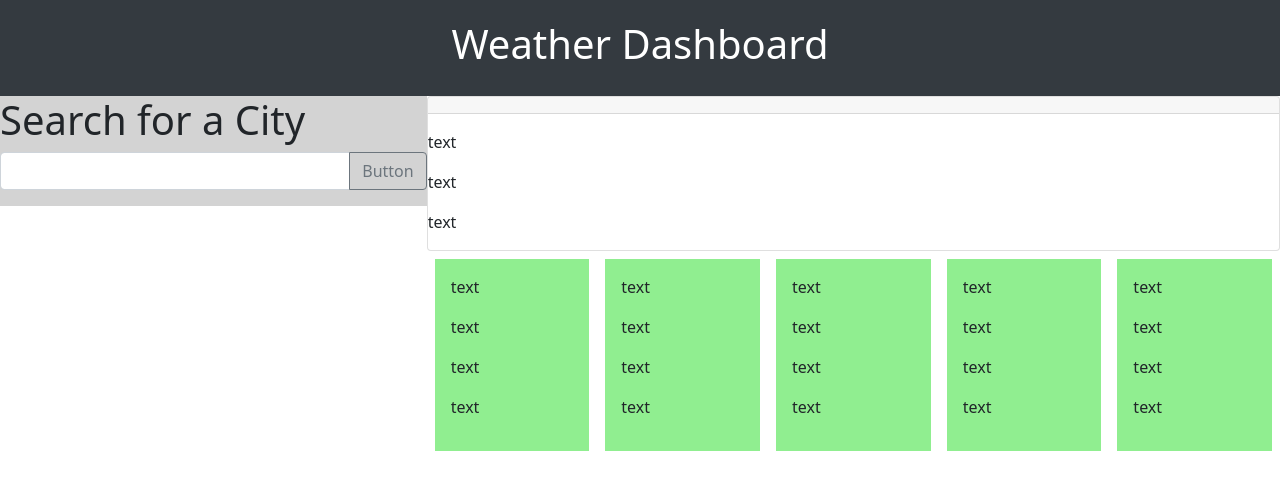
Repository: ziffoit/Weather_Dashboard
Page: index.html
The author's editor kept a copy of each file at every save. The page is drawn from the files as they stood at one save, then again after the next save.
The browser window is 1280 px wide. The pictures show the whole page.

Above is the page before, as saved 2021-03-26 10:52:50.
Console error: SyntaxError: Unexpected identifier 'name'

### index.html
<!DOCTYPE html>
<html lang="en">
  <head>
    <meta charset="UTF-8" />
    <meta name="viewport" content="width=device-width, initial-scale=1.0" />
    <link
      href="https://cdn.jsdelivr.net/npm/bootstrap@5.0.0-beta3/dist/css/bootstrap.min.css"
      rel="stylesheet"
      integrity="sha384-eOJMYsd53ii+scO/bJGFsiCZc+5NDVN2yr8+0RDqr0Ql0h+rP48ckxlpbzKgwra6"
      crossorigin="anonymous"
    />
    <link rel="stylesheet" href="./Assets/style.css" />
    <title>Document</title>
  </head>
  <body>
    <header id="header">
      <h1>Weather Dashboard</h1>
    </header>
    <aside class="col-md-4">
      <h1>Search for a City</h1>
      <div class="input-group mb-3">
        <input type="text" class="form-control" id="cityName"/>
        <button
          class="btn btn-outline-secondary"
          type="button"
          id="search"
        >
          Button
        </button>
      </div>
      <div></div>
    </aside>
    <section class="col-lg-8" id="main">
        <div class="card">
          <h2 class="card-header" id="nameDate"></h5>
          <div class="">
            <p id="temp"></p>
            <p>text</p>
            <p>text</p>
            <p>text</p>
          </div>
        </div>
        <section class="row-col-5 d-flex flex-row">
          <div class="card-body">
            <p>text</p>
            <p>text</p>
            <p>text</p>
            <p>text</p>
          </div>
          <div class="card-body">
            <p>text</p>
            <p>text</p>
            <p>text</p>
            <p>text</p>
          </div>
          <div class="card-body">
            <p>text</p>
            <p>text</p>
            <p>text</p>
            <p>text</p>
          </div>
          <div class="card-body">
            <p>text</p>
            <p>text</p>
            <p>text</p>
            <p>text</p>
          </div>
          <div class="card-body">
            <p>text</p>
            <p>text</p>
            <p>text</p>
            <p>text</p>
          </div>
        </section>
    </section>
    <script src="https://code.jquery.com/jquery-3.6.0.min.js"
  ></script>
    <script src="./Assets/script.js"></script>
  </body>
</html>

### Assets/style.css
#header {
  text-align: center;
  background-color: #343a40;
  padding: 20px;
}

header > h1 {
  color: white;
}

aside {
  background-color: lightgray;
  float: left;
}

#main {
  float: right;
}

.card-body {
  background-color: lightgreen;
  margin: 8px;
}

### Assets/script.js
var apiKey = "665b0a1eacab2f0c5a8cae8e0d5d8de0"

$("#search").on("click", function() {
    var cityName = $("#cityName").val()
    console.log(cityName)
    todaysWeather(cityName)
})

function todaysWeather(cityName) {
    console.log(cityName)
    //  `${var}` instead of + for concat
    fetch(`http://api.openweathermap.org/data/2.5/weather?q=${cityName}&appid=${apiKey}&units=imperial`)
    .then(function(response) {
        return response.json()
    })
    .then(function(data) {
        console.log(data)
        var nameDate = $("#nameDate")
        // adding date in javascript
        nameDate.append(`${data.name} ${new Date().toLocaleDateString()}`)
        var temp = $("#temp")
        temp.append(`Temperature: ${data.main.temp.toString().slice(0,2)}°F`)
        var humidity = $("#humidity")
        humidity.append(`Humidity: ${data.main.humidity}%`)
        var windSpeed = $("#windSpeed")
        windSpeed.append(`Wind Speed: ${data.wind.speed.toString().slice(0,3)}`)
    })
}
// 5 day forcast
api.openweathermap.org/data/2.5/forecast?q={city name}&appid={API key}

After the next save:
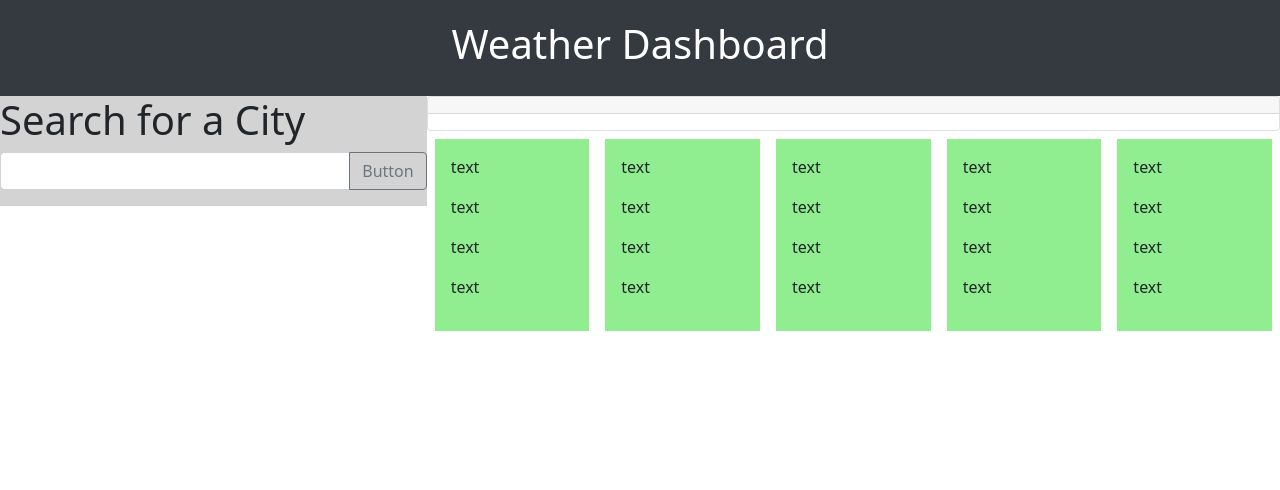
Saved 6 h 4 min later.
--- a/index.html
+++ b/index.html
@@ -35,9 +35,9 @@
           <h2 class="card-header" id="nameDate"></h5>
           <div class="">
             <p id="temp"></p>
-            <p>text</p>
-            <p>text</p>
-            <p>text</p>
+            <p id="Humidity"></p>
+            <p id="windSpeed"></p>
+            <p id="uv"></p>
           </div>
         </div>
         <section class="row-col-5 d-flex flex-row">
